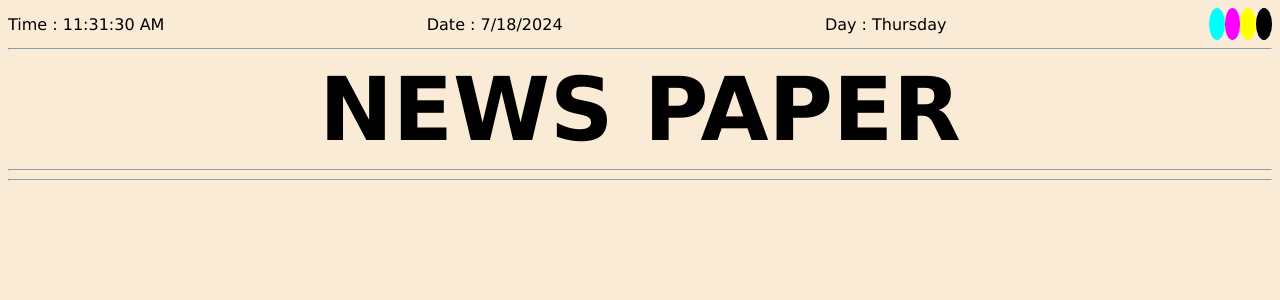
Repository: FARMAN9/new_paper
Page: /
These files come from the project's save history. The page is drawn as it stood at one moment and after the next save; the edit follows.
The browser window is 1280 px wide. The pictures show the whole page.
The project was rebuilt for these pictures with package versions that can differ from the ones it lists, and the page was loaded fresh each time. Also part of the build but not shown: vite.config.js.

Above is the page before, as saved 2024-07-27 23:32:07.

### index.html
<!DOCTYPE html>
<html lang="en">
  <head>
    <meta charset="UTF-8" />
    <link rel="icon" type="image/svg+xml" href="/vite.svg" />
    <meta name="viewport" content="width=device-width, initial-scale=1.0" />
    <title>NEWS PAPER</title>
  </head>
  <body>
    <div id="root"></div>
    <script type="module" src="/src/main.jsx"></script>
  </body>
</html>

### src/App.jsx
import { useState } from "react";
import reactLogo from "./assets/react.svg";
import viteLogo from "/vite.svg";
import "./App.css";
import Header from "./components/Header";

function App() {
  const [count, setCount] = useState(0);

  return (
    <>
      <Header></Header>
    </>
  );
}

export default App;

### src/index.css
* {
  font-family: "Lucida Sans", "Lucida Sans Regular", "Lucida Grande",
    "Lucida Sans Unicode", Geneva, Verdana, sans-serif;
}
body {
  background-color: antiquewhite;
}

### src/App.css
.mytest {
  display: flex;
  justify-content: space-between;
  align-items: center;
  height: 2rem;
  width: 100%;
}
.cmyk {
  display: flex;
  justify-content: center;
  align-items: center;
  height: inherit;
  width: 5%;
}
.cyan {
  background-color: cyan;
  color: white;
  height: inherit;
  width: 25%;
  border-radius: 50%;
}
.magenta {
  background-color: magenta;
  color: white;
  height: inherit;
  width: 25%;
  border-radius: 50%;
}
.yellow {
  background-color: yellow;
  color: black;
  height: inherit;
  width: 25%;
  border-radius: 50%;
}
.black {
  background-color: black;
  color: white;
  height: inherit;
  width: 25%;
  border-radius: 50%;
}
h1 {
  margin: 0;
  padding: 0;
  font-size: 5.5rem;
  text-align: center;
}

### src/components/Header.jsx
import React, { useState, useEffect } from "react";

function Header() {
  var [date, setDate] = useState(new Date());

  useEffect(() => {
    var timer = setInterval(() => setDate(new Date()), 1000);
    return function cleanup() {
      clearInterval(timer);
    };
  });
  return (
    <nav className="">
      <div className="mytest">
        <p> Time : {date.toLocaleTimeString()}</p>
        <p> Date : {date.toLocaleDateString()}</p>
        <p> Day : {date.toLocaleDateString("en-US", { weekday: "long" })}</p>
        <div className="cmyk">
          <div className="cyan"></div>
          <div className="magenta"></div>
          <div className="yellow"></div>
          <div className="black"></div>
        </div>
      </div>
      <hr />
      <h1>NEWS PAPER</h1>
      <hr />
      <div></div>
      <hr />
    </nav>
  );
}

export default Header;

Loaded but not shown: src/main.jsx (common file)

After the next save:
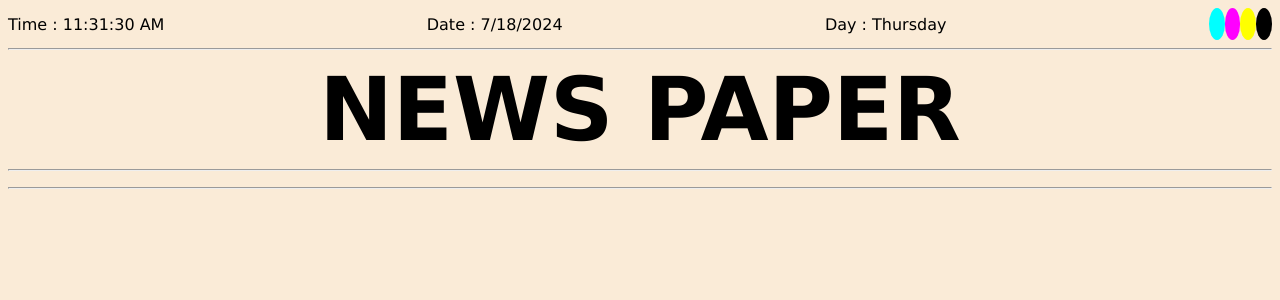
Saved 21 s later.
--- a/src/components/Header.jsx
+++ b/src/components/Header.jsx
@@ -25,7 +25,7 @@ function Header() {
       <hr />
       <h1>NEWS PAPER</h1>
       <hr />
-      <div></div>
+      <p></p>
       <hr />
     </nav>
   );
